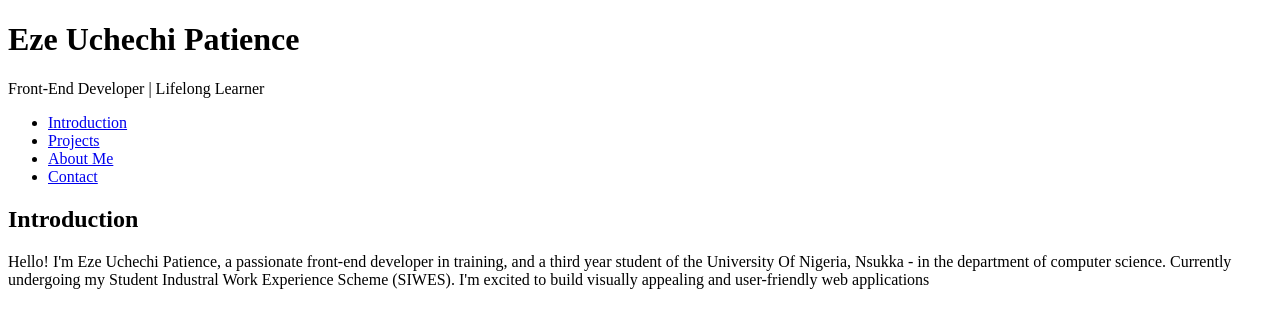
Repository: Patience225/My_First_Portfolio
Page: Portfolio/index.html
An editor plug-in stored every save of this project. The page is shown before and after the next save, followed by the edit.
The browser window is 1280 px wide. The pictures show the whole page.

Above is the page before, as saved 2024-12-16 13:10:47.

After the next save:
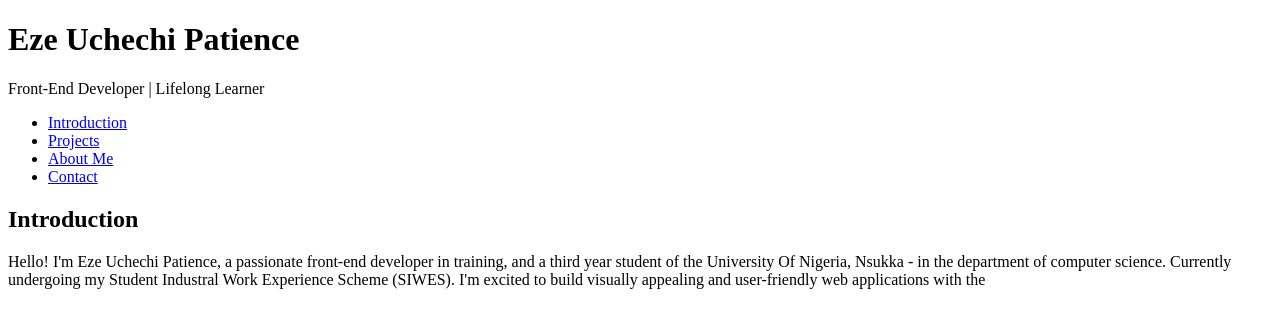
Saved 4 s later.
--- a/Portfolio/index.html
+++ b/Portfolio/index.html
@@ -19,7 +19,7 @@
     </nav>
     <section id="introduction">
       <h2>Introduction</h2>
-    <p>Hello! I'm Eze Uchechi Patience, a passionate front-end developer in training, and a third year student of the University Of Nigeria, Nsukka - in the department of computer science. Currently undergoing my Student Industral Work Experience Scheme (SIWES). I'm excited to build visually appealing and user-friendly web applications </p>
+    <p>Hello! I'm Eze Uchechi Patience, a passionate front-end developer in training, and a third year student of the University Of Nigeria, Nsukka - in the department of computer science. Currently undergoing my Student Industral Work Experience Scheme (SIWES). I'm excited to build visually appealing and user-friendly web applications with the </p>
     </section>
     <section id="projects"></section>
     <section id="about"></section>
